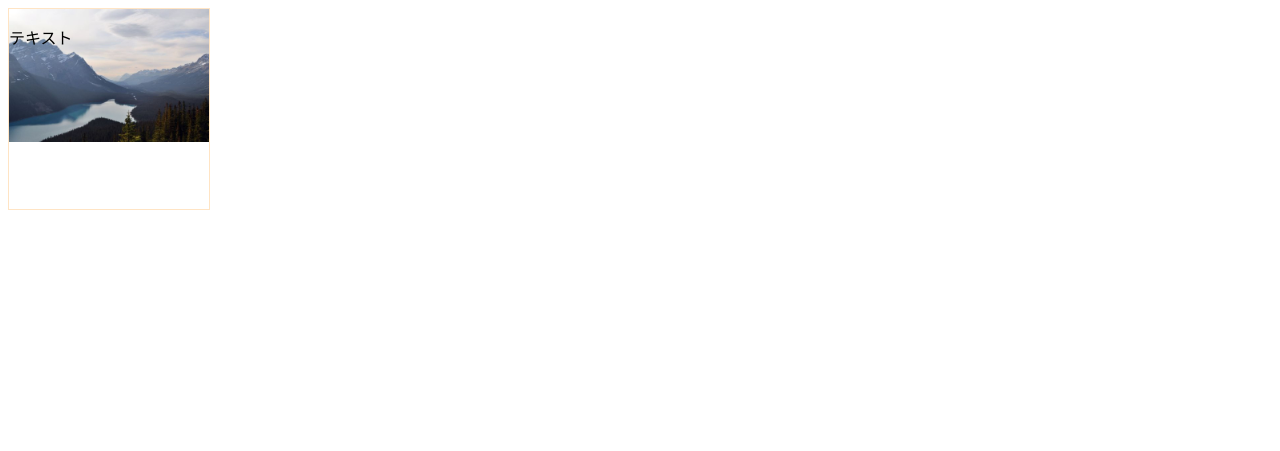
Repository: Jutta197/frontend726
Page: css_ex/bg_image/index.html
The author's editor kept a copy of each file at every save. The page is drawn from the files as they stood at one save, then again after the next save.
The browser window is 1280 px wide. The pictures show the whole page.

Above is the page before, as saved 2023-07-28 14:14:43.

### css_ex/bg_image/index.html
<!DOCTYPE html>
<html lang="en">

<head>
    <meta charset="UTF-8">
    <meta name="viewport" content="width=device-width, initial-scale=1.0">
    <title>Document</title>
    <link rel="stylesheet" href="style.css">
</head>

<body>
    <div id="a">
        <p>テキスト</p>
    </div>

</body>

</html>

### css_ex/bg_image/style.css
div {
    height: 200px;
    width: 200px;
    border: 1px solid bisque;
}

#a {
    background-image: url(mountains.jpg);
    background-size: contain;
    background-repeat: no-repeat;
}

#b {
    background-image: url(mountains.jpg);
    background-size: cover;
    background-repeat: no-repeat;
}

After the next save:
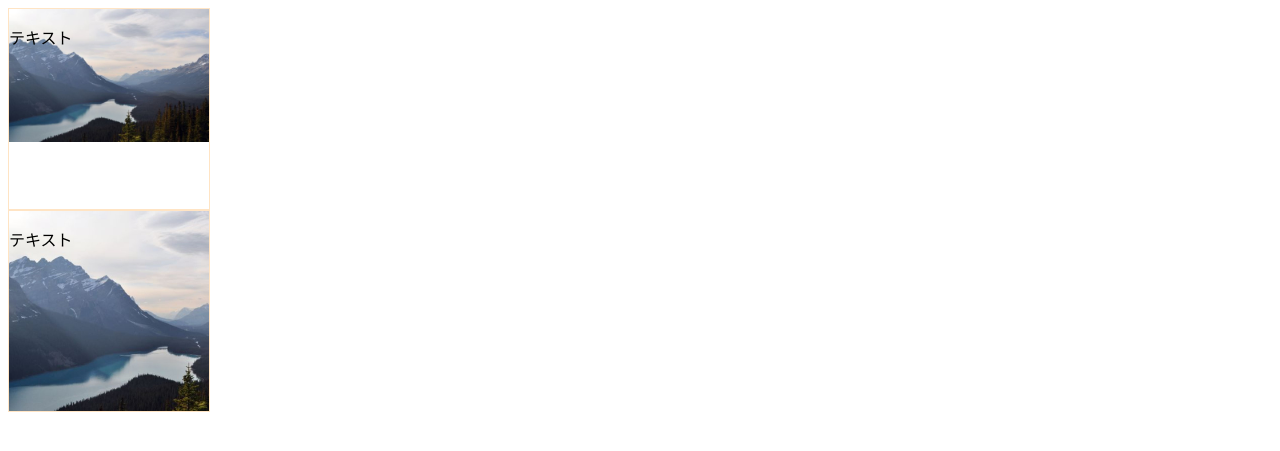
Saved 10 s later.
--- a/css_ex/bg_image/index.html
+++ b/css_ex/bg_image/index.html
@@ -12,6 +12,9 @@
     <div id="a">
         <p>テキスト</p>
     </div>
+    <div id="b">
+        <p>テキスト</p>
+    </div>
 
 </body>
 
